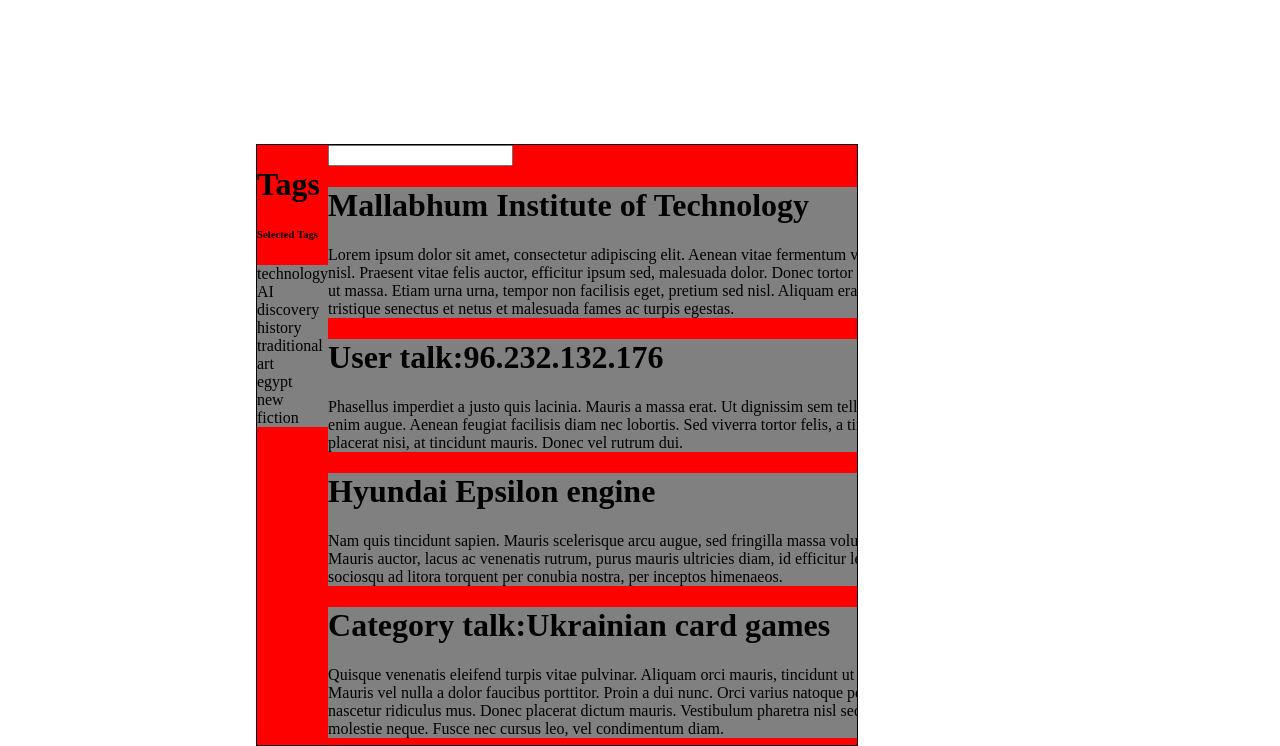
Repository: KelaiAffaf/bridger
Page: /
These files come from the project's save history. The page is drawn as it stood at one moment and after the next save; the edit follows.
The browser window is 1280 px wide. The pictures show the whole page.
The project was rebuilt for these pictures with package versions that can differ from the ones it lists, and the page was loaded fresh each time. Also part of the build but not shown: vite.config.js.

Above is the page before, as saved 2023-06-08 11:20:46.

### src/App.jsx
// eslint-disable-next-line no-unused-vars
import React, { useState } from "react";
import { data } from "./NewComponents/data.js";
import Tag from "./NewComponents/Tag";
import InfoBox from "./NewComponents/InfoBox";

function App() {


  const [value, setValue] = useState("");

  const getTags = (data) => {
    const tagsArray = [];

    data.forEach((user) => {
      user.tags.forEach((tag) => {
        if (!tagsArray.includes(tag)) {
          tagsArray.push(tag);
        }
      });
    });

    return tagsArray;
  };

  const uniqueTags = getTags(data);

  return (
    <div
    style={{
      display: "flex",

      justifyContent: "space-between",
      width: "600px",
      height: "600px",
      border: "1px solid black",
      backgroundColor: "red",
      overflow: "hidden",
      position: "absolute",
      top: "20%",
      left: "20%",
    }}
      >
      <div>
        <h1>Tags</h1>
        <h6>Selected Tags</h6>
        <Tag tags={uniqueTags} />
      </div>

      <div
      style={{
        height: "500px",
        backgroundColor:"red"
      }}
      >
        <input onChange={(e) => setValue(e.target.value)} />
        {data &&
          data.map((user) => (
            <div key={user.id}>
              {(user.title.includes(value) ||
                user.content.includes(value)) && (
                <InfoBox title={user.title} body={user.content} />
              )}
            </div>
          ))}
      </div>
    </div>
  );
}

export default App;

### src/NewComponents/data.js
// articles
export const  data = [
    {
        "id": 1,
        "title": "Mallabhum Institute of Technology",
        "content": "Lorem ipsum dolor sit amet, consectetur adipiscing elit. Aenean vitae fermentum velit. In a pulvinar nibh. Vivamus eu eros nisl. Praesent vitae felis auctor, efficitur ipsum sed, malesuada dolor. Donec tortor tortor, sagittis sed maximus ac, euismod ut massa. Etiam urna urna, tempor non facilisis eget, pretium sed nisl. Aliquam erat volutpat. Pellentesque habitant morbi tristique senectus et netus et malesuada fames ac turpis egestas.",
        "tags": ["technology", "AI", "discovery"]
    },
    {
        "id": 2,
        "title": "User talk:96.232.132.176",
        "content": "Phasellus imperdiet a justo quis lacinia. Mauris a massa erat. Ut dignissim sem tellus, at aliquet nibh rutrum non. Donec at enim augue. Aenean feugiat facilisis diam nec lobortis. Sed viverra tortor felis, a tincidunt risus malesuada nec. Donec et placerat nisi, at tincidunt mauris. Donec vel rutrum dui.",
        "tags": ["history","technology", "traditional"]
    },
    {
        "id": 3,
        "title": "Hyundai Epsilon engine",
        "content": "Nam quis tincidunt sapien. Mauris scelerisque arcu augue, sed fringilla massa volutpat sit amet. Aenean vitae orci tellus. Mauris auctor, lacus ac venenatis rutrum, purus mauris ultricies diam, id efficitur lectus tortor sed urna. Class aptent taciti sociosqu ad litora torquent per conubia nostra, per inceptos himenaeos.",
        "tags": ["art","egypt"]
    },
    {
        "id": 4,
        "title": "Category talk:Ukrainian card games",
        "content": "Quisque venenatis eleifend turpis vitae pulvinar. Aliquam orci mauris, tincidunt ut sollicitudin sit amet, convallis quis orci. Mauris vel nulla a dolor faucibus porttitor. Proin a dui nunc. Orci varius natoque penatibus et magnis dis parturient montes, nascetur ridiculus mus. Donec placerat dictum mauris. Vestibulum pharetra nisl sed eros dictum tristique. Praesent ac molestie neque. Fusce nec cursus leo, vel condimentum diam.",
        "tags": ["discovery","history"]
    },
    {
        "id": 5,
        "title": "Pellentesque non vulputate dolor",
        "content": "Fusce aliquam scelerisque lorem, a gravida ante efficitur eu. Duis ultricies leo scelerisque ante lacinia, ac viverra elit aliquam. Nullam at faucibus nisl. Nunc fringilla in urna sed suscipit. Integer in ipsum lectus. Pellentesque non vulputate dolor, vel scelerisque sapien. Nulla facilisi. Duis at sodales lacus. In hac habitasse platea dictumst.",
        "tags": ["new","fiction"]
    }
  ]

### src/NewComponents/Tag.jsx
import React from 'react'

function Tag({tags}) {
  return (
   <div>
    <div
    style={{
      borderRedius: '5px',
      backgroundColor: 'grey',
    }}
    >
      {tags && tags.map(ele=><div >{ele}</div>)
    }
    </div>
   </div>
  )
}

export default Tag

### src/NewComponents/InfoBox.jsx
import React from 'react'

function InfoBox({title,body}) {
  return (
    <div
    style={{
      backgroundColor: 'grey',
      width :"800px"
    }}
    >
        <h1>{title}</h1>
        <p>{body} </p>
    </div>
  )
}

export default InfoBox

Loaded but not shown: index.html (common file); src/main.jsx (common file)

After the next save:
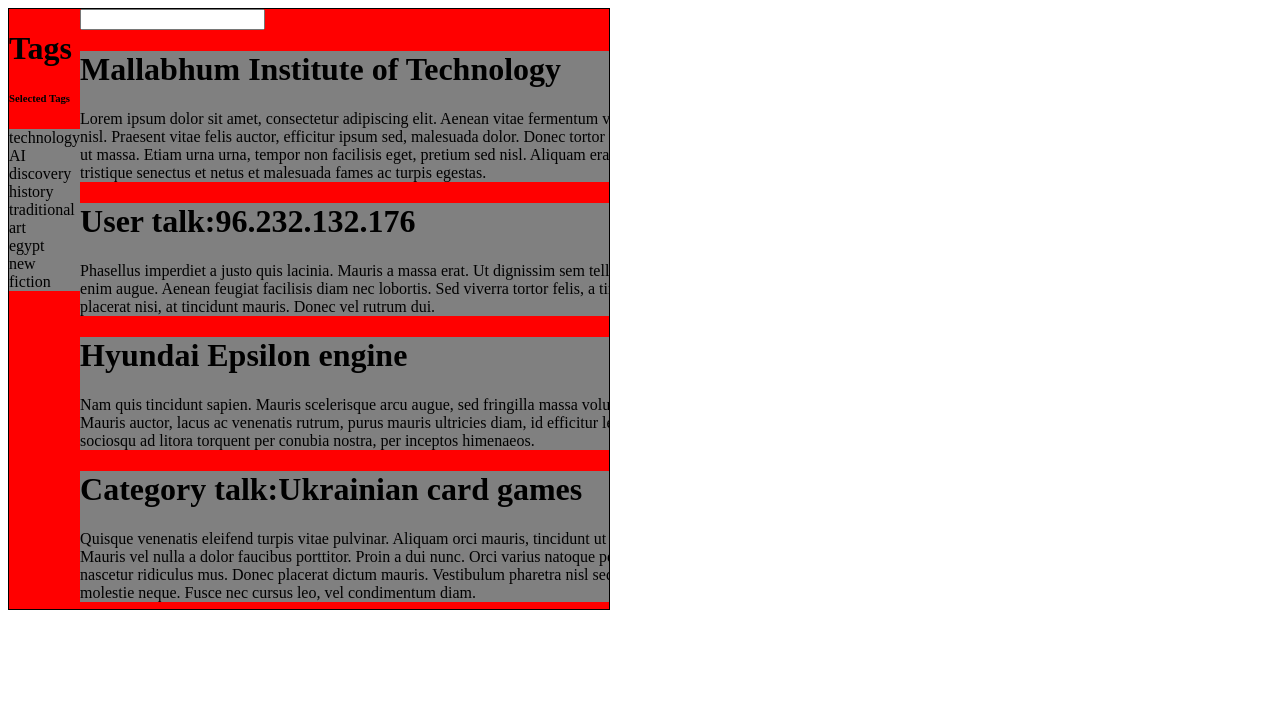
Saved 4 s later.
--- a/src/App.jsx
+++ b/src/App.jsx
@@ -36,9 +36,9 @@
       border: "1px solid black",
       backgroundColor: "red",
       overflow: "hidden",
-      position: "absolute",
-      top: "20%",
-      left: "20%",
+      // position: "absolute",
+      // top: "20%",
+      // left: "20%",
     }}
       >
       <div>
